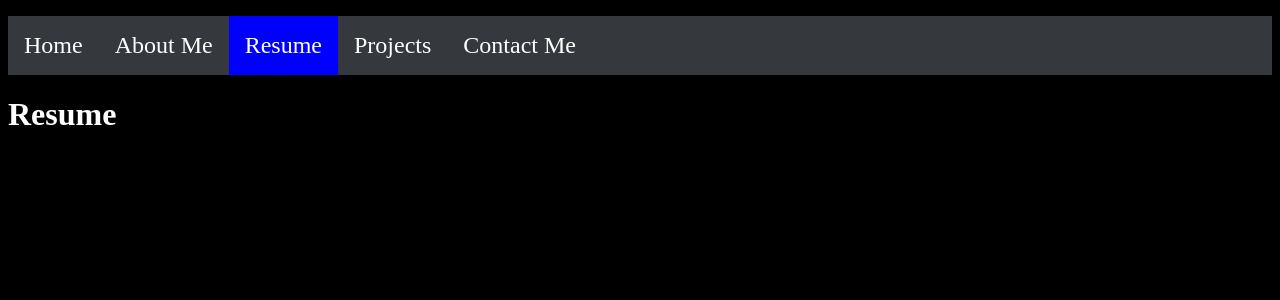
Repository: MasonSingleterry/MasonSingleterry.github.io
Page: resume.html
The author's editor kept a record of every edit. The page is drawn from the files as they stood at one moment, then again after the next edit.
The browser window is 1280 px wide. The pictures show the whole page.

Above is the page before.

After the next edit:
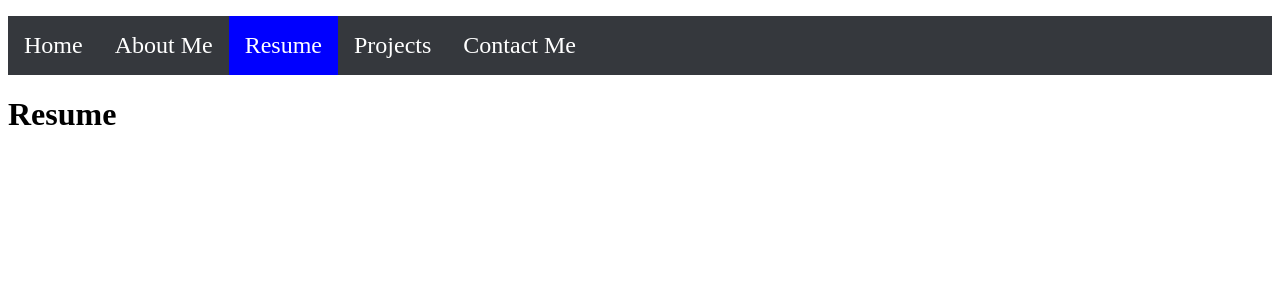
The edit:
--- a/style.css
+++ b/style.css
@@ -1,6 +1,6 @@
             .body {
-                background-color: #000000;
-                color: #FFFFFF;
+                background-color: #FFFFFF;
+                color: #00000;
             }
 
             .navbar {
